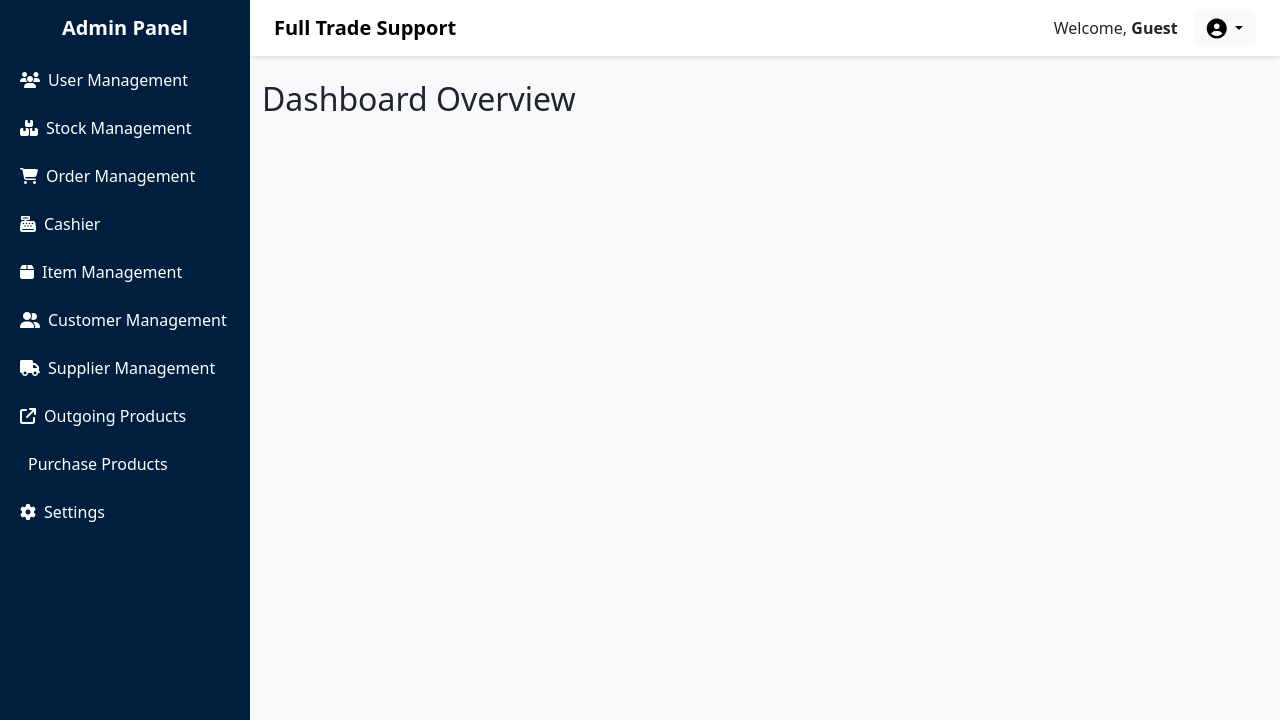
Repository: LakviduUpasara/onlineSparePartsManagementSystem
Page: http://localhost/Spare_parts_Management_Systems/Nav.jsp
The author's editor kept a copy of each file at every save. The page is drawn from the files as they stood at one save, then again after the next save.
The browser window is 1280 px wide. The pictures show the whole page.
The page is served by Tomcat 9. Other server files are loaded and not shown.

Above is the page before, as saved 2025-05-13 19:55:07.

### Project/Project/Spare_parts_Management_Systems/src/main/webapp/Nav.jsp
<!DOCTYPE html>
<html lang="en">
<head>
  <meta charset="UTF-8">
  <title>Full Trade Support Dashboard</title>
  <link href="https://cdn.jsdelivr.net/npm/bootstrap@5.3.2/dist/css/bootstrap.min.css" rel="stylesheet">
  <link href="https://cdnjs.cloudflare.com/ajax/libs/font-awesome/6.5.0/css/all.min.css" rel="stylesheet">
  <style>
    body {
      display: flex;
      min-height: 100vh;
      overflow-x: hidden;
    }
    .sidebar {
      width: 250px;
      background-color: #001f3f;
      color: #fff;
      flex-shrink: 0;
      padding-top: 1rem;
    }
    .sidebar a {
      display: block;
      padding: 12px 20px;
      color: #fff;
      text-decoration: none;
      transition: background 0.3s;
    }
    .sidebar a:hover {
      background-color: #003366;
    }
    .sidebar h5 {
      text-align: center;
      margin-bottom: 1rem;
      font-weight: bold;
    }
    .main-content {
      flex-grow: 1;
      background: #f8f9fa;
    }
    .navbar {
      background-color: #ffffff;
      box-shadow: 0 2px 4px rgba(0,0,0,0.1);
    }
  </style>
</head>
<body>

  <!-- Sidebar -->
  <div class="sidebar">
    <h5>Admin Panel</h5>
    <a href="GetAllServlet"><i class="fas fa-users me-2"></i>User Management</a>
    <a href="#"><i class="fas fa-boxes me-2"></i>Stock Management</a>
    <a href="#"><i class="fas fa-shopping-cart me-2"></i>Order Management</a>
    <a href="#"><i class="fas fa-cash-register me-2"></i>Cashier</a>
    <a href="#"><i class="fas fa-box me-2"></i>Item Management</a>
    <a href="#"><i class="fas fa-user-friends me-2"></i>Customer Management</a>
    <a href="supplier-list"><i class="fas fa-truck me-2"></i>Supplier Management</a>
    <a href="#"><i class="fas fa-arrow-up-right-from-square me-2"></i>Outgoing Products</a>
    <a href="#"><i class="fas fa-arrow-down-to-line me-2"></i>Purchase Products</a>
    <a href="#" data-bs-toggle="collapse" data-bs-target="#settingsMenu"><i class="fas fa-gear me-2"></i>Settings</a>
    <div class="collapse ms-3" id="settingsMenu">
      <a href="profile.jsp" class="d-block mt-1"><i class="fas fa-id-badge me-2"></i>Profile Settings</a>
      <a href="#" class="d-block mt-1"><i class="fas fa-lock me-2"></i>Change Password</a>
      <a href="#" class="d-block mt-1"><i class="fas fa-sliders-h me-2"></i>System Preferences</a>
    </div>
  </div>

  <!-- Main Content -->
  <div class="main-content w-100">
    <nav class="navbar navbar-expand-lg navbar-light px-4">
      <a class="navbar-brand fw-bold" href="#">Full Trade Support</a>
      <div class="ms-auto d-flex align-items-center">
        <!-- Show user name from session -->
        <span class="me-3">
          Welcome, <strong><%= session.getAttribute("userName") != null ? session.getAttribute("userName") : "Guest" %></strong>
        </span>
        <div class="dropdown">
          <a class="btn btn-light dropdown-toggle" href="#" role="button" data-bs-toggle="dropdown">
            <i class="fas fa-user-circle fa-lg"></i>
          </a>
          <ul class="dropdown-menu dropdown-menu-end">
            <li><a class="dropdown-item" href="profile.jsp"><i class="fas fa-id-badge me-2"></i>Profile</a></li>
            <li><a class="dropdown-item" href="#"><i class="fas fa-cogs me-2"></i>Settings</a></li>
            <li><hr class="dropdown-divider"></li>
            <li><a class="dropdown-item text-danger" href="logout.jsp"><i class="fas fa-sign-out-alt me-2"></i>Logout</a></li>
          </ul>
        </div>
      </div>
    </nav>

    <!-- Page content -->
    <div class="container mt-4">
      <h2>Dashboard Overview</h2>
      <!-- Add dashboard content here -->
    </div>
  </div>


</body>
</html>

After the next save:
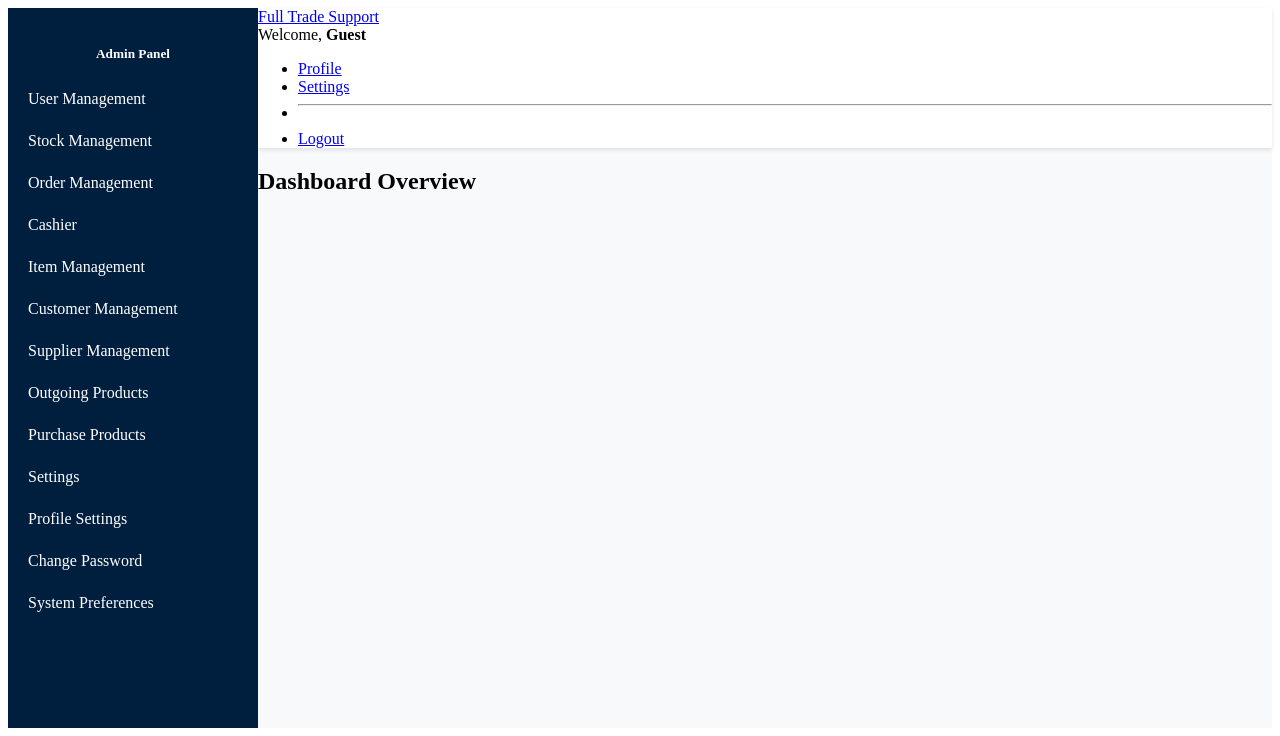
Saved 67 s later.
--- a/Project/Project/Spare_parts_Management_Systems/src/main/webapp/Nav.jsp
+++ b/Project/Project/Spare_parts_Management_Systems/src/main/webapp/Nav.jsp
@@ -1,10 +1,4 @@
-<!DOCTYPE html>
-<html lang="en">
-<head>
-  <meta charset="UTF-8">
-  <title>Full Trade Support Dashboard</title>
-  <link href="https://cdn.jsdelivr.net/npm/bootstrap@5.3.2/dist/css/bootstrap.min.css" rel="stylesheet">
-  <link href="https://cdnjs.cloudflare.com/ajax/libs/font-awesome/6.5.0/css/all.min.css" rel="stylesheet">
+
   <style>
     body {
       display: flex;
@@ -94,7 +88,3 @@
       <!-- Add dashboard content here -->
     </div>
   </div>
-
-
-</body>
-</html>
